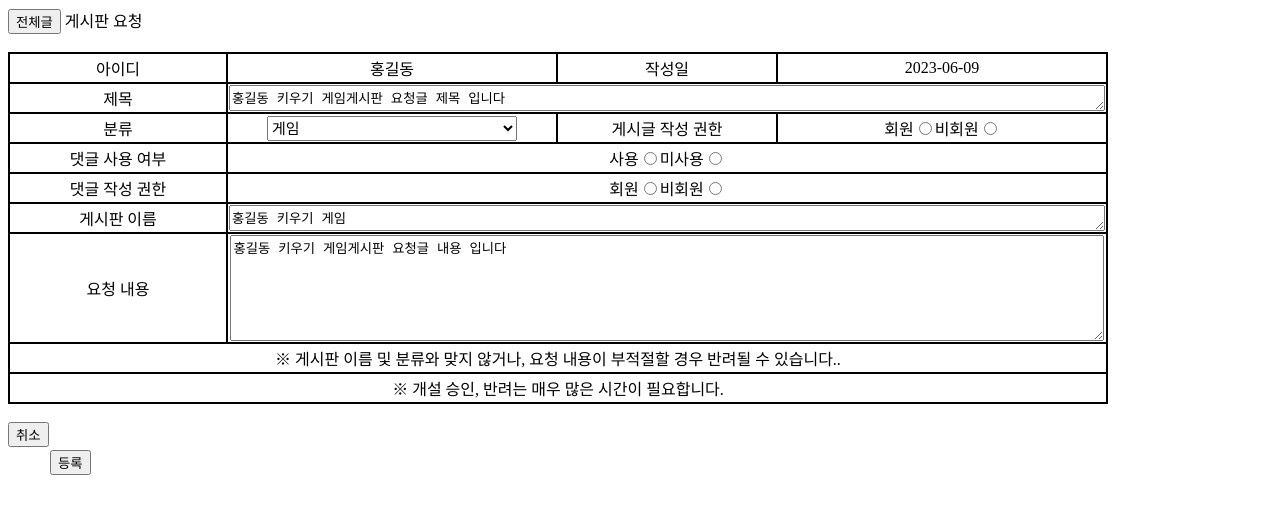
Repository: LJzero-dev/java-study
Page: http://localhost/ktbwos/bbs/request_view.jsp
An editor plug-in stored every save of this project. The page is shown before and after the next save, followed by the edit.
The browser window is 1280 px wide. The pictures show the whole page.
The page is served by Tomcat 9. Other server files are loaded and not shown.

Above is the page before, as saved 2023-06-11 11:08:49.

### web/ktbwos/WebContent/bbs/request_view.jsp
<%@ page language="java" contentType="text/html; charset=UTF-8" pageEncoding="UTF-8"%>
<!DOCTYPE html PUBLIC "-//W3C//DTD HTML 4.01 Transitional//EN" "http://www.w3.org/TR/html4/loose.dtd">
<html>
<head>
<meta http-equiv="Content-Type" content="text/html; charset=UTF-8">
<style>
	a:link { color:black; text-decoration:none; }
	a:visited { color:black; text-decoration:none; }
	a:hover { color:black; text-decoration:underline; }
	table, th, td {
	border:2px solid black;
	border-collapse : collapse;
	}
	tr { height:30px;}
	th { background-color:#5B9BD5; color:white;}
	td { text-align:center;}
</style>
<title>Insert title here</title>
</head>
<body>

<div width="1100">
<input type="button" value="전체글">  게시판 요청<br /><br />
<form action="">
	<table width="1100" >
		<tr>
			<td width="20%">아이디</td>
			<td width="30%">홍길동</td>
			<td width="20%">작성일</td>
			<td width="30%">2023-06-09</td>
		</tr>
		<tr>
			<td>제목</td>
			<td colspan="3"><textarea style="width:870px; height:20px">홍길동 키우기 게임게시판 요청글 제목 입니다</textarea></td>
		</tr >
		<tr>
			<td>분류</td>
			<td>
				<select name="rl_ctgr" style="width:250px; height:25px; font-size:15px;">
					<option value="a" >게임</option>
					<option value="b" >연예</option>
					<option value="c" >스포츠</option>
				</select>
			</td>
			<td>게시글 작성 권한</td>
			<td><label>회원<input type="radio" name="rl_write" value="y" /></label><label>비회원<input type="radio" name="rl_write" value="n" /></label></td>
		</tr>
		<tr>
			<td>댓글 사용 여부</td>
			<td colspan="3"><label>사용<input type="radio" name="rl_reply_use" value="y" /></label><label>미사용<input type="radio" name="rl_reply_use" value="n" /></label>
            </td>
		</tr>

		<tr>
			<td>댓글 작성 권한</td>
			<td colspan="3"><label>회원<input type="radio" name="rl_reply_write" value="y" /></label><label>비회원<input type="radio" name="rl_reply_write" value="n" /></label>
            </td>
		</tr>

		<tr>
			<td>게시판 이름</td>
			<td colspan="3"><textarea style="width:870px; height:20px">홍길동 키우기 게임</textarea></td>
		</tr>
		<tr>
			<td>요청 내용</td>
			<td colspan="3"><textarea style="width:99%; height:100px">홍길동 키우기 게임게시판 요청글 내용 입니다</textarea></td>
		</tr>
		<tr>
			<td colspan="4">※ 게시판 이름 및 분류와 맞지 않거나, 요청 내용이 부적절할 경우 반려될 수 있습니다..</td>
		</tr>
		<tr>
			<td colspan="4">※ 개설 승인, 반려는 매우 많은 시간이 필요합니다.</td>
		</tr>
	</table><br />
	<input style="position: fixed;  top: 450px;  left: 50px;" type="submit" value="등록"><input type="button" value="취소">
</form>
</div>
</body>
</html>

After the next save:
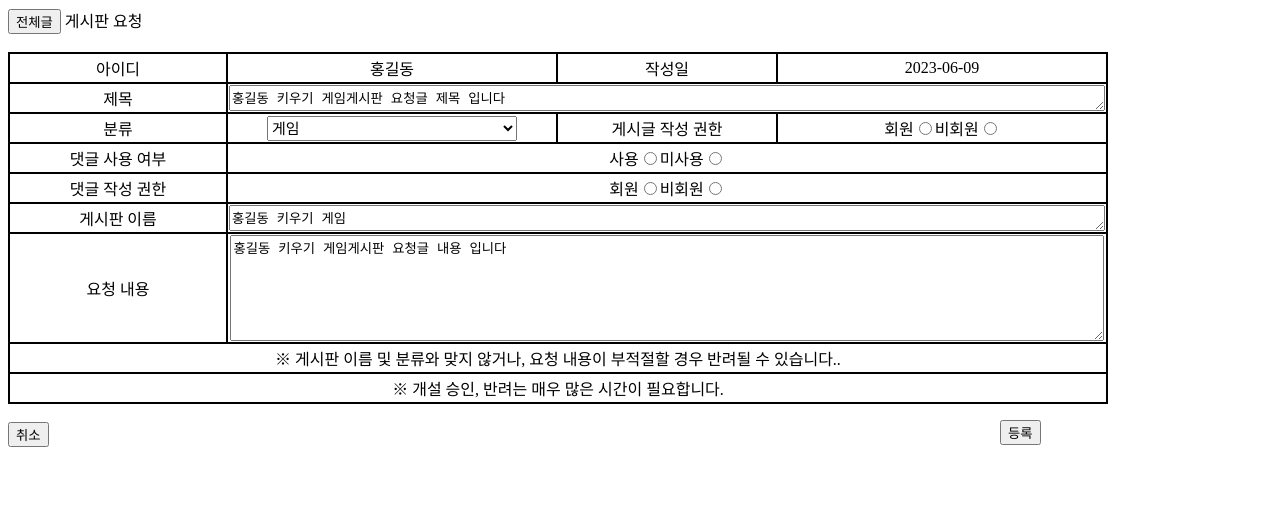
Saved 12 s later.
--- a/web/ktbwos/WebContent/bbs/request_view.jsp
+++ b/web/ktbwos/WebContent/bbs/request_view.jsp
@@ -72,7 +72,7 @@
 			<td colspan="4">※ 개설 승인, 반려는 매우 많은 시간이 필요합니다.</td>
 		</tr>
 	</table><br />
-	<input style="position: fixed;  top: 450px;  left: 50px;" type="submit" value="등록"><input type="button" value="취소">
+	<input style="position: fixed;  top: 420px;  left: 1000px;" type="submit" value="등록"><input type="button" value="취소">
 </form>
 </div>
 </body>
